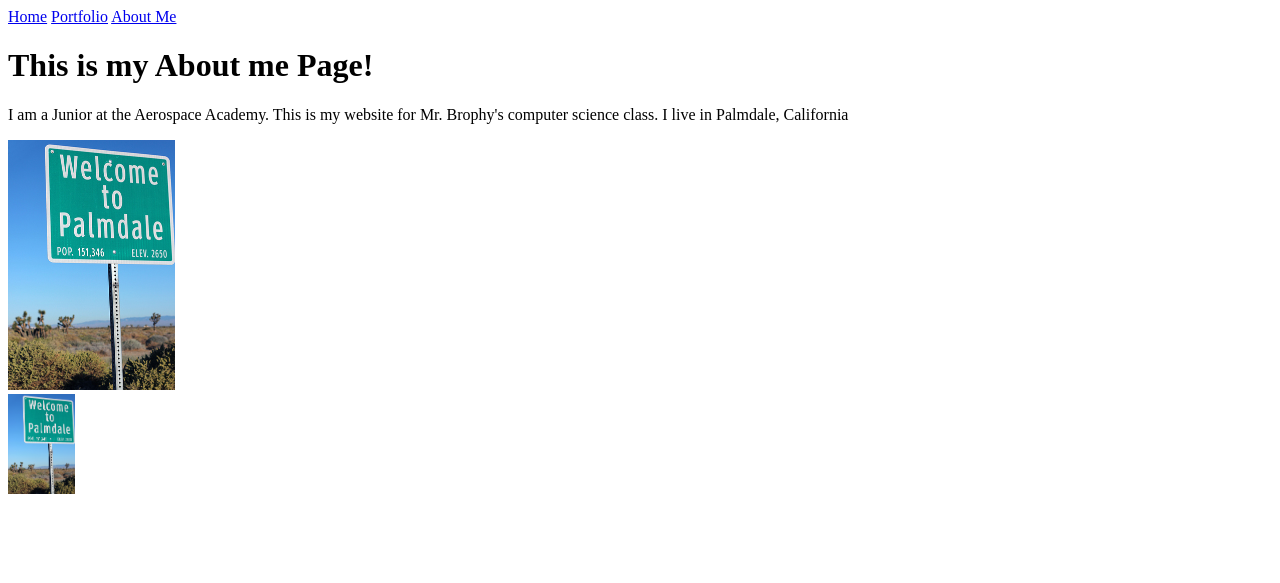
Repository: Dlazcano2067/dlazcano2067.github.io
Page: my_website/aboutme.html
The author's editor kept a record of every edit. The page is drawn from the files as they stood at one moment, then again after the next edit.
The browser window is 1280 px wide. The pictures show the whole page.

Above is the page before.

After the next edit:
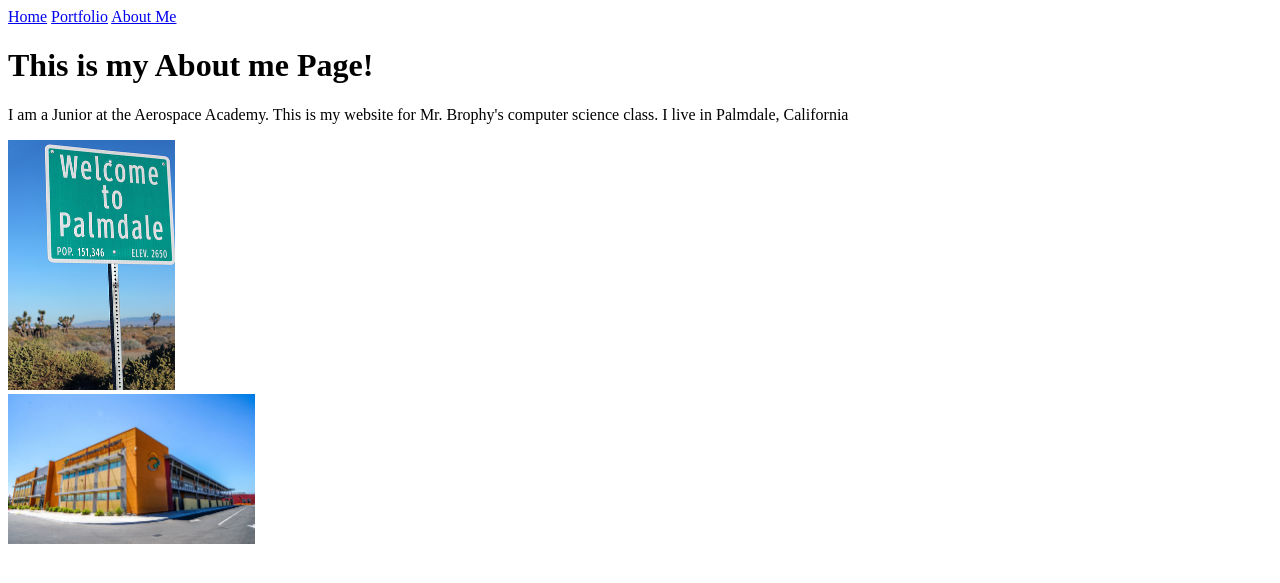
The edit:
--- a/my_website/aboutme.html
+++ b/my_website/aboutme.html
@@ -23,8 +23,8 @@
     <img src="images/palmdale-sign.jpg" height="250">
     <br>
     <a target="_blank" href="https://scratch.mit.edu">
-      <img src="images/palmdale-sign.jpg
-      " height="100">
+      <img src="images/TPAA_exterior.jpg
+      " height="150">
     </a>
 	  </body>
 	</html>
